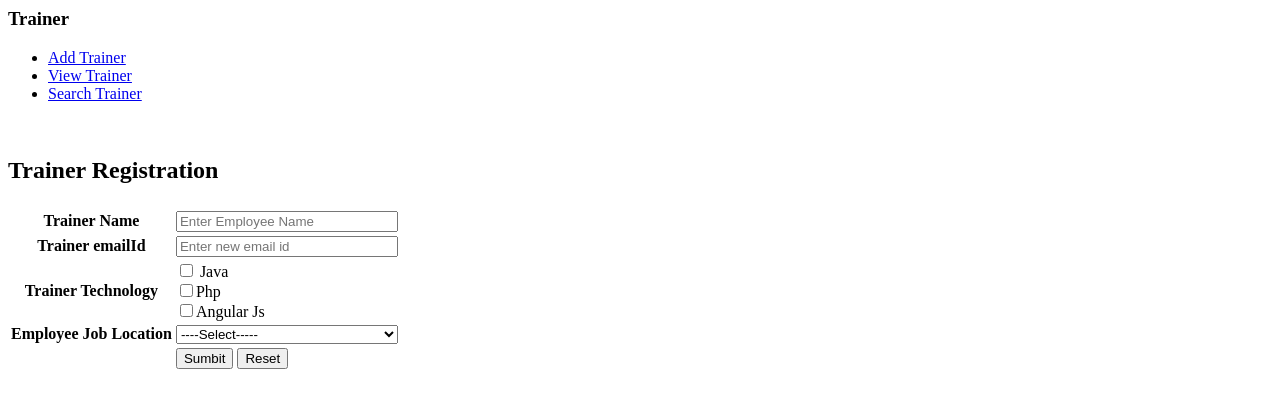
Repository: Dipak27/Dipak-s-front-end
Page: http://localhost/Traning_Management/trainercreate.jsp
An editor plug-in stored every save of this project. The page is shown before and after the next save, followed by the edit.
The browser window is 1280 px wide. The pictures show the whole page.
The page is served by Tomcat 9. Other server files are loaded and not shown.

Above is the page before, as saved 2016-11-10 04:36:34.
Console error: ReferenceError: mainApp is not defined

### Training Management Project/Traning_Management/src/main/webapp/trainercreate.jsp
	<!-- CONTENTS START -->

	<script>
	mainApp.controller('myCtrl', function($scope, $http) {
		$scope.msg="hello";
		$scope.employee={empId:null,empEmailId:"",empName:"",empLocation:""};
		$scope.fetchData=function()
		{
			 $http.get("http://localhost:8808/TrainingManagementSystem/employee/list")
			  .then(function(response) {
				  alert("response called...");
			      $scope.myWelcome = response.data;
			  });
		}
		 $scope.myMethod=function(){
			alert("method called...");
			 $http.post("http://localhost:8808/TrainingManagementSystem/employee/create/",$scope.employee)
			  .then(function(response) {
				  alert("response called...");
				  $scope.fetchData();
			      $scope.myWelcome = response.data;
			  });
		}


	});

	</script>
		<div class="container_24">
			<div class="grid_24">
				<div class="contents">
					<div class="padding_20">

					</div>
						<div class="grid_6 alpha">
							<div class="padding_20">
								<div class="accordion nav-sidebar">
									<h3>Trainer</h3>
										<div>
											<ul>
													<li><a href="#trainercreate">Add Trainer</a></li>
													<li><a href="#trainerview">View Trainer</a></li>
													<li><a href="#trainersearch">Search Trainer</a></li>


											</ul>
										</div>

								</div>
							</div>
						</div>

						<div class="grid_18 omega">
						 &nbsp;&nbsp;<h2>Trainer Registration</h2>
							<div class="padding_20 text-justify" ng-controller="">
								<form ng-submit="myMethod()">
									<table class="form-table" style="width:auto">


                        					<tr>
                        						<td><input type="hidden" ng-model="trainer.trainerId"></td>
                        					</tr>
                        					<tr>
												<th>
														Trainer Name
												</th>
												<td>
													<input id="trainername" type="text"  class="validate[required]" ng-model="employee.empName" style="width:120%" placeholder="Enter Employee Name" value=""  />
												</td>

											</tr>

												<tr>
												<th>
														Trainer emailId
												</th>
												<td>
													<input id="traineremail" type="text"  class="validate[required]" ng-model="employee.empEmailId" style="width:120%" placeholder="Enter new email id" value=""  />
												</td>

											</tr>
                        					<tr>
												<th>
														Trainer Technology
												</th>
												<td>
													<input type="checkbox" name="technology" value="java"> Java<br>
  													<input type="checkbox" name="technology" value="php">Php<br>
  													<input type="checkbox" name="technology" value="angularjs">Angular Js<br>
												</td>

											</tr>
										<tr>
											<th>
												Employee Job Location
											</th>
											<td>
												<select id="select1"  class="validate[required]" ng-model="employee.empLocation" style="width:120%"  >
													<option value="null">----Select-----</option>
                                        			<option value="pune">Pune</option>
                                        			<option value="hyderabad">Hyderabad</option>
                                        			<option value="gandhinagar">Gandinagar</option>

												</select>
											</td>
										</tr>

										<tr>
											<th>
												&nbsp;
											</th>
											<td>
												<input id="Submit1" type="submit" value="Sumbit"  />
												<input id="Reset1" type="reset" value="Reset" onclick="this.form.clear();" />
											</td>
										</tr>

									</table>
								</form>
							</div>
						</div>

					<div class="clear"></div>
				</div>
			</div>
		</div>
		<div class="clear"> </div>

		<!-- CONTENTS END -->

After the next save:
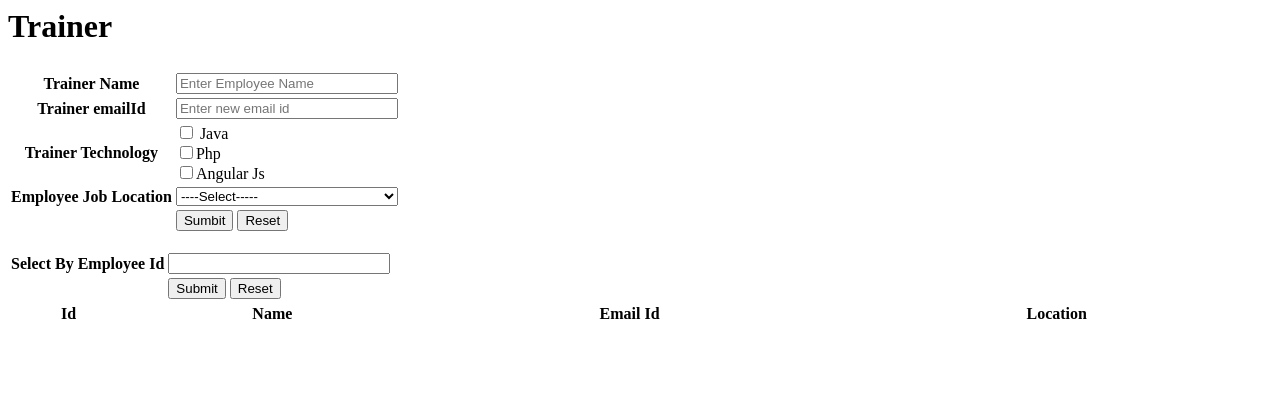
The error is gone.
Saved 2 min 10 s later.
--- a/Training Management Project/Traning_Management/src/main/webapp/trainercreate.jsp
+++ b/Training Management Project/Traning_Management/src/main/webapp/trainercreate.jsp
@@ -1,59 +1,17 @@
 	<!-- CONTENTS START -->
 
-	<script>
-	mainApp.controller('myCtrl', function($scope, $http) {
-		$scope.msg="hello";
-		$scope.employee={empId:null,empEmailId:"",empName:"",empLocation:""};
-		$scope.fetchData=function()
-		{
-			 $http.get("http://localhost:8808/TrainingManagementSystem/employee/list")
-			  .then(function(response) {
-				  alert("response called...");
-			      $scope.myWelcome = response.data;
-			  });
-		}
-		 $scope.myMethod=function(){
-			alert("method called...");
-			 $http.post("http://localhost:8808/TrainingManagementSystem/employee/create/",$scope.employee)
-			  .then(function(response) {
-				  alert("response called...");
-				  $scope.fetchData();
-			      $scope.myWelcome = response.data;
-			  });
-		}
-
-
-	});
-
-	</script>
 		<div class="container_24">
 			<div class="grid_24">
+
 				<div class="contents">
+
 					<div class="padding_20">
-
+						<h1>Trainer</h1>
 					</div>
 						<div class="grid_6 alpha">
-							<div class="padding_20">
-								<div class="accordion nav-sidebar">
-									<h3>Trainer</h3>
-										<div>
-											<ul>
-													<li><a href="#trainercreate">Add Trainer</a></li>
-													<li><a href="#trainerview">View Trainer</a></li>
-													<li><a href="#trainersearch">Search Trainer</a></li>
 
-
-											</ul>
-										</div>
-
-								</div>
-							</div>
-						</div>
-
-						<div class="grid_18 omega">
-						 &nbsp;&nbsp;<h2>Trainer Registration</h2>
-							<div class="padding_20 text-justify" ng-controller="">
-								<form ng-submit="myMethod()">
+								<div class="padding_20 text-justify" ng-controller="" >
+										<form ng-submit="myMethod()">
 									<table class="form-table" style="width:auto">
 
 
@@ -118,7 +76,66 @@
 									</table>
 								</form>
 							</div>
+
 						</div>
+
+						<div class="grid_28 omega">
+
+							<div class="padding_20 text-justify" ng-controller="">
+								<form id="frmMain"  class="frmMain" action="#" method="post">
+									<table class="form-table" style="width:auto">
+
+											<tr>
+												<th>
+													Select By Employee Id
+												</th>
+												<td><input type="text" class="validate[required]" name="title" style="width:120%" value=""></td>
+
+											</tr>
+
+										<tr>
+											<th>
+												&nbsp;
+											</th>
+											<td>
+												<input id= "Submit1" type="submit" value="Submit"/>
+												<input id="Reset1" type="reset" value="Reset" onclick="this.form.clear();" />
+										</td>
+										</tr>
+
+
+												<table border='0' width='100%' class='table11'>
+												<tr>
+														<th> Id</th>
+														<th> Name</th>
+														<th>Email Id</th>
+														<th>Location</th>
+
+
+												</tr>
+
+
+													<tr>
+
+														<td></td>
+														<td></td>
+														<td></td>
+														<td></td>
+
+
+
+														</tr>
+
+												     </table>
+
+												<script type='text/javascript'>alert('Records Not Found')</script>
+
+									</table>
+								</form>
+							</div>
+
+						</div>
+
 
 					<div class="clear"></div>
 				</div>
